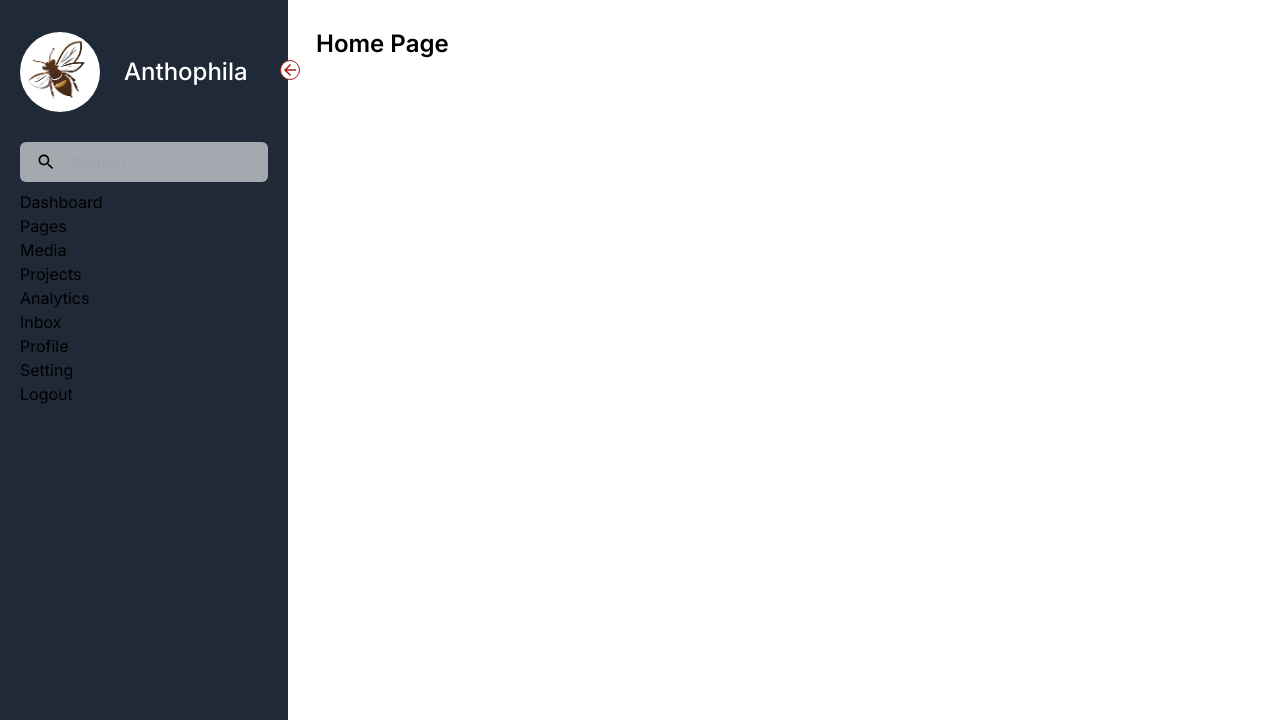
Repository: marcusdashe/anthophila
Page: /dashboard
These files come from the project's save history. The page is drawn as it stood at one moment and after the next save; the edit follows.
The browser window is 1280 px wide. The pictures show the whole page.
The project was rebuilt for these pictures with package versions that can differ from the ones it lists, and the page was loaded fresh each time. The framework's server and built-in components were replaced by stand-ins that run in the browser. Also part of the build but not shown: next.config.js.

Above is the page before, as saved 2023-04-05 15:53:45.

After the next save:
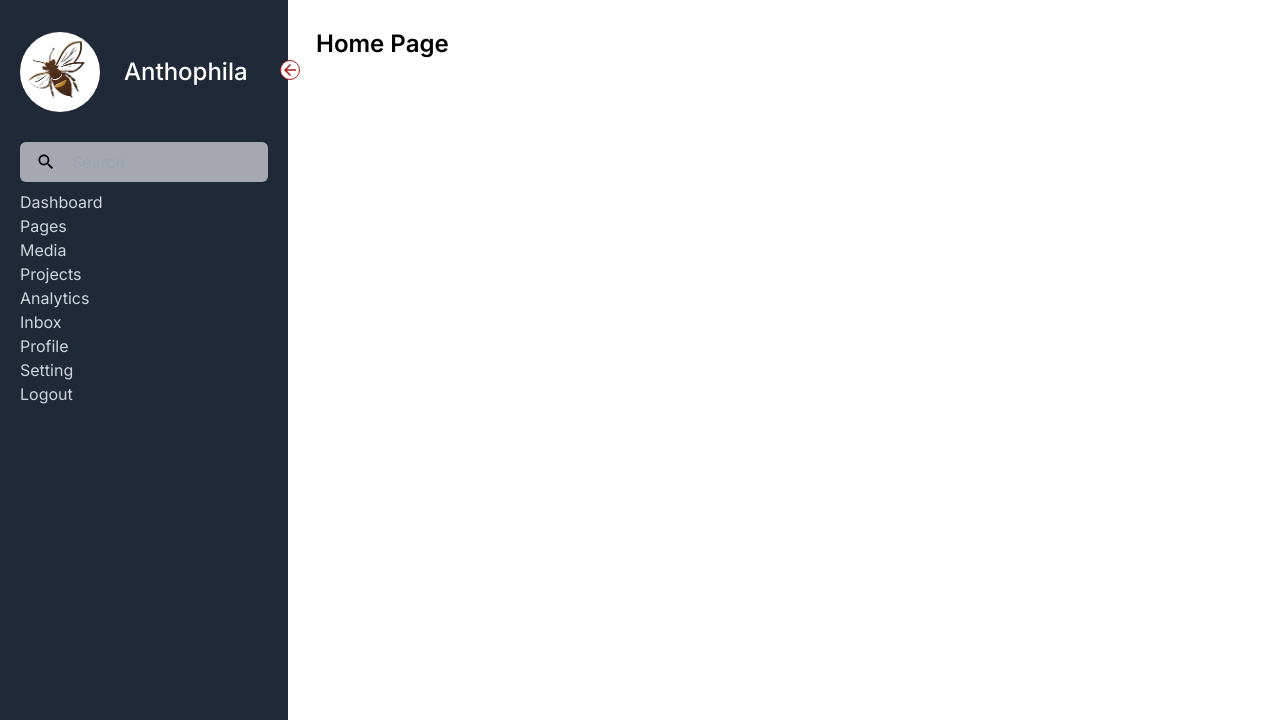
Saved 18 s later.
--- a/pages/dashboard.js
+++ b/pages/dashboard.js
@@ -82,7 +82,7 @@ const Dashboard = () => {
         <ul className=" pt-2">
           {Menus.map((menu, index) => (
             <>
-              <li key={index} className="text-gray">
+              <li key={index} className="text-gray-300">
                 <span>{menu.title}</span>
               </li>
             </>
